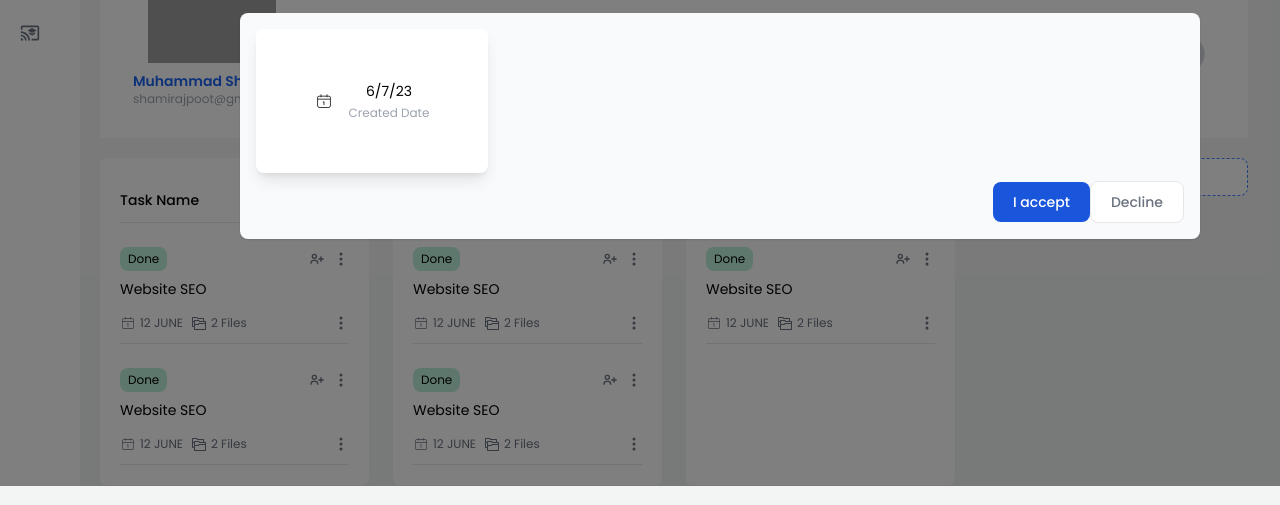
Repository: Shamraiz761/Frontend-Assessment
Page: /, after clicking the first element matching `button.bg-white`
These files come from the project's save history. The page is drawn as it stood at one moment and after the next save; the edit follows.
The browser window is 1280 px wide. The pictures show the part of the page from y = 234 to 739 px (the page is 739 px tall).
Pictures or frames that could not be fetched are drawn as grey boxes. The project was rebuilt for these pictures with package versions that can differ from the ones it lists, and the page was loaded fresh each time. Also part of the build but not shown: vite.config.js. Imported but missing from the stored project, and not drawn on this page: src/pages/auth/login.

Above is the page before, as saved 2023-06-09 13:42:16.

After the next save:
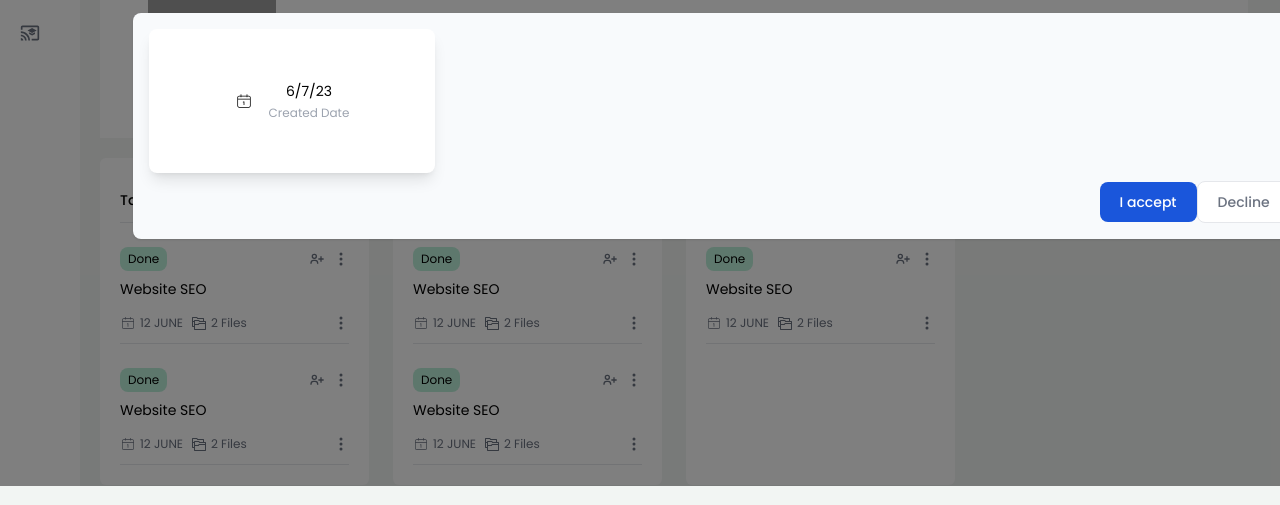
Saved 23 s later.
--- a/src/pages/Dashboard/index.jsx
+++ b/src/pages/Dashboard/index.jsx
@@ -64,7 +64,7 @@ function Home() {
           {isModalOpen && (
             <div className="fixed  top-0 left-0 right-0 bottom-0 z-50   bg-opacity-50 bg-black">
               <div className="  min-h-screen flex items-center justify-center ">
-                <div className="absolute w-9/12 ml-40 bg-slate-50 rounded-lg shadow p-4">
+                <div className="absolute w-11/12 ml-40 bg-slate-50 rounded-lg shadow p-4">
                   <div className="grid grid-cols-4">
                     <div className="col-span-3">
                       <div className="grid grid-cols-1 md:grid-cols-2 lg:grid-cols-3 flex-wrap">
